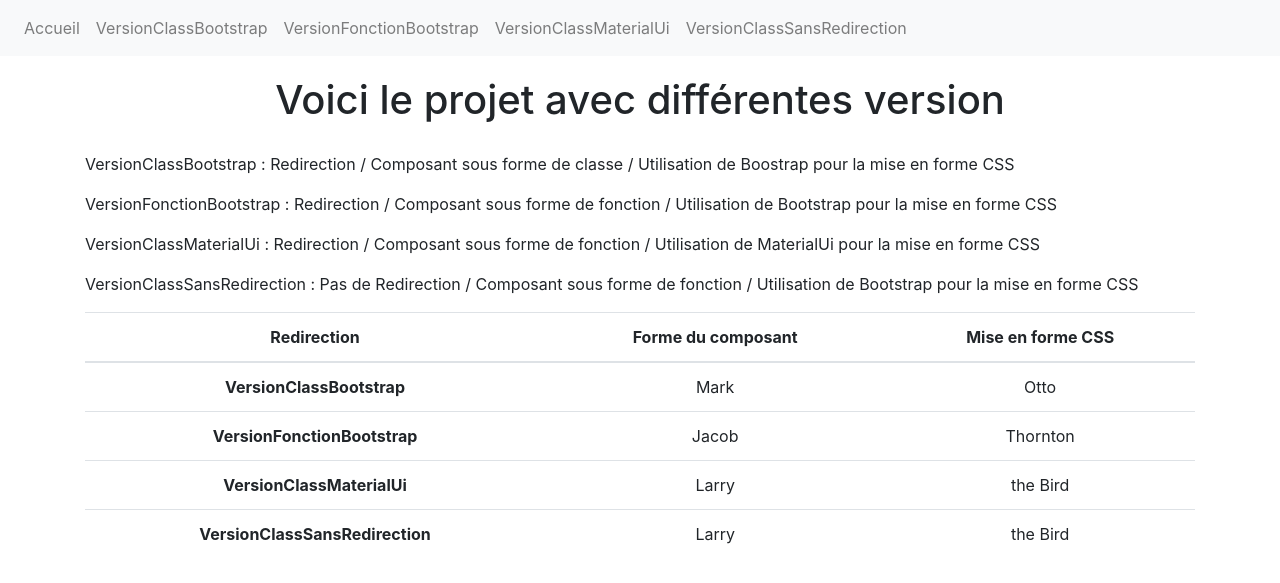
Repository: LudovicB21/CountryTest
Page: /
An editor plug-in stored every save of this project. The page is shown before and after the next save, followed by the edit.
The browser window is 1280 px wide. The pictures show the whole page.
The project was rebuilt for these pictures with package versions that can differ from the ones it lists, and the page was loaded fresh each time. Also part of the build but not shown: src/components/VersionClassBootstrap/ListPays.components.js, src/components/VersionClassMaterialUi/ListPays.components.js, src/components/VersionFonctionBoostrap/ListPays.components.js, src/components/VersionSansRedirection/ListPays.component.js, src/components/VersionClassBootstrap/InfoPays.components.js, src/components/VersionClassMaterialUi/InfoPays.components.js, src/components/VersionFonctionBoostrap/InfoPays.components.js.

Above is the page before, as saved 2020-10-29 13:30:41.

After the next save:
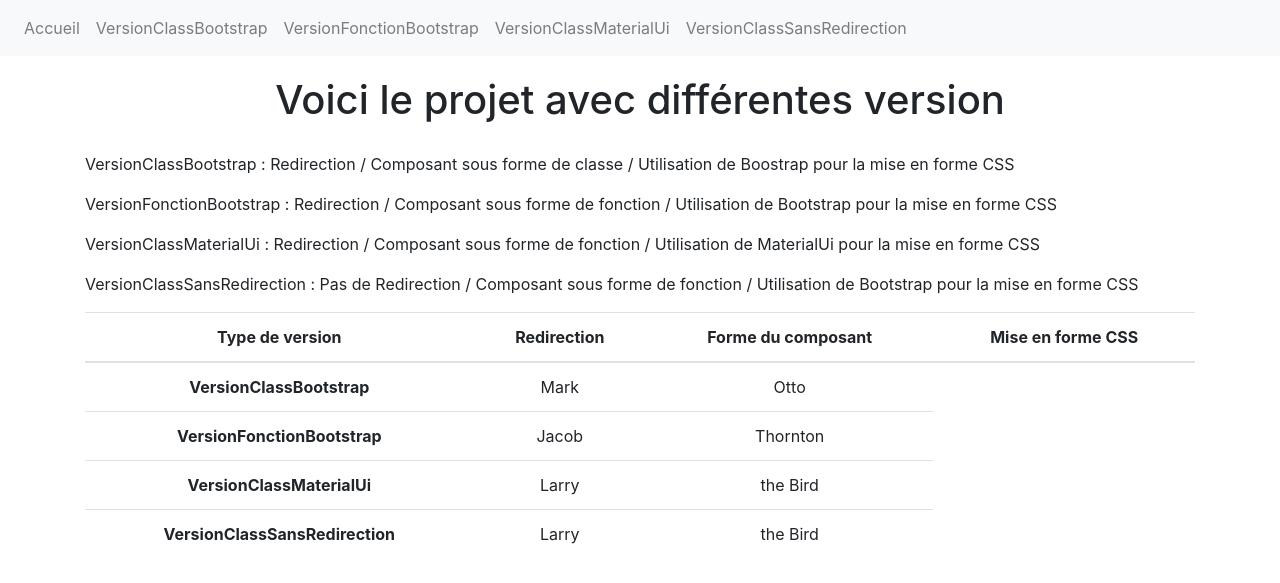
Saved 20 s later.
--- a/src/components/Accueil.js
+++ b/src/components/Accueil.js
@@ -30,6 +30,7 @@ class Accueil extends Component {
                 <table class="table">
                     <thead>
                         <tr>
+                        <th scope="col">Type de version </th>
                         <th scope="col">Redirection</th>
                         <th scope="col">Forme du composant</th>
                         <th scope="col">Mise en forme CSS </th>
